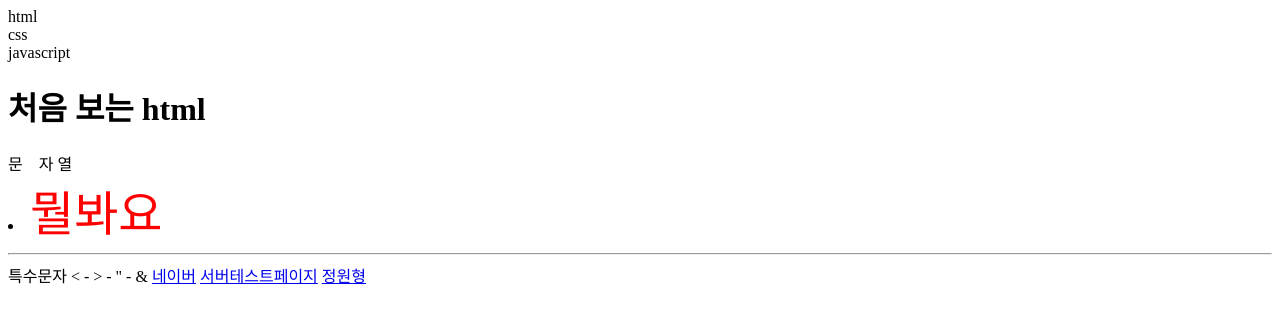
Repository: rightsecond3/java52
Page: workspace_script/dev_html/WebContent/html_day1/basicEl.html
An editor plug-in stored every save of this project. The page is shown before and after the next save, followed by the edit.
The browser window is 1280 px wide. The pictures show the whole page.

Above is the page before, as saved 2019-06-04 03:56:08.

After the next save:
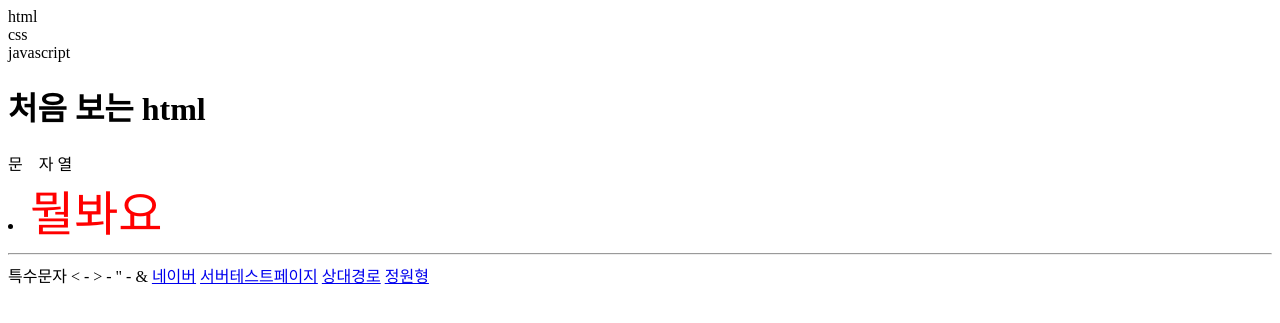
Saved 15 min 1 s later.
--- a/workspace_script/dev_html/WebContent/html_day1/basicEl.html
+++ b/workspace_script/dev_html/WebContent/html_day1/basicEl.html
@@ -27,6 +27,7 @@ javascript
 &lt; - &gt; - &quot; - &amp;
 <a href="http://www.naver.com">네이버</a>
 <a href="http://192.168.0.20:8000/index.html">서버테스트페이지</a>
+<a href="..index.html">상대경로</a>
 <a href="http://192.168.0.20:8000/html_day1/basicEl.html">정원형</a>
 </body>
 </html>
